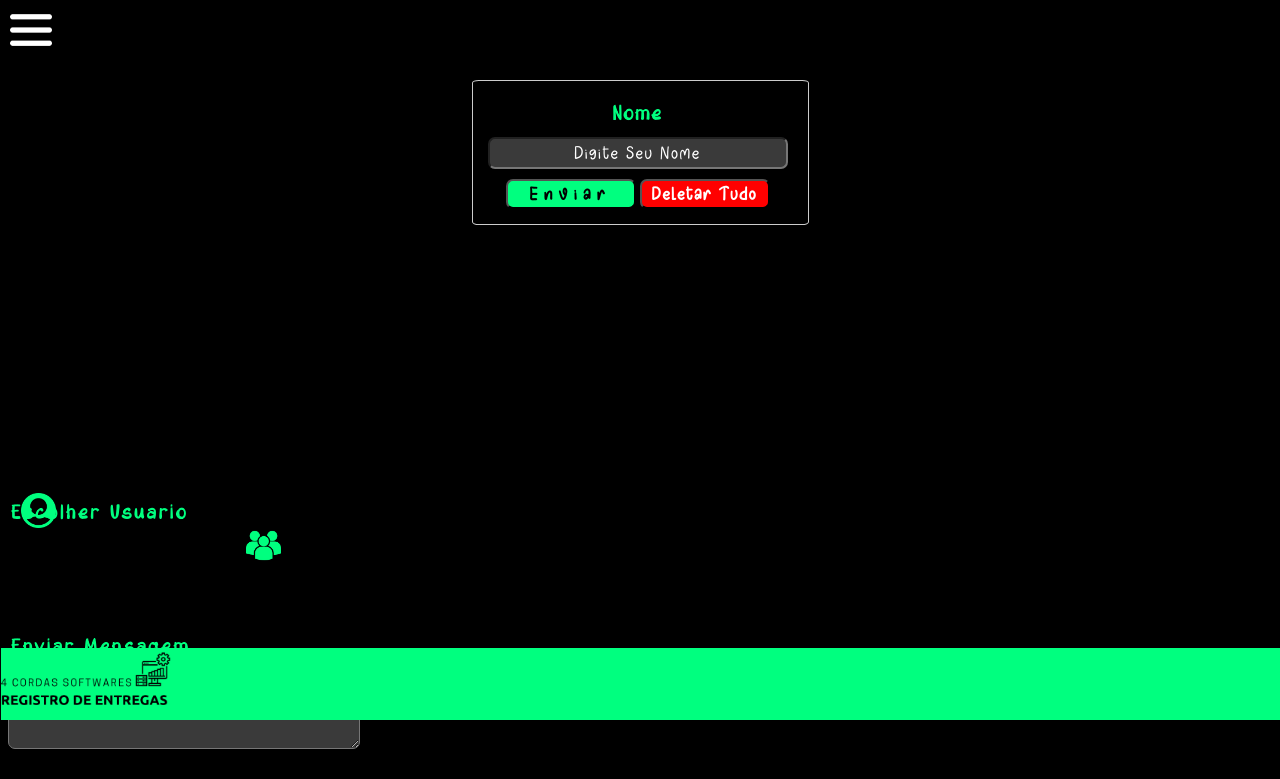
Repository: alfredo-allan/relatorioentregas
Page: pages/chatapp.html
These files come from the project's save history. The page is drawn as it stood at one moment and after a run of saves; the edit follows.
The browser window is 1280 px wide. The pictures show the whole page.
The page's requests for data from a server got no answer.

Above is the page before, as saved 2024-05-16 22:11:48.
Console error: TypeError: Cannot read properties of null (reading 'addEventListener')

After the next 2 saves:
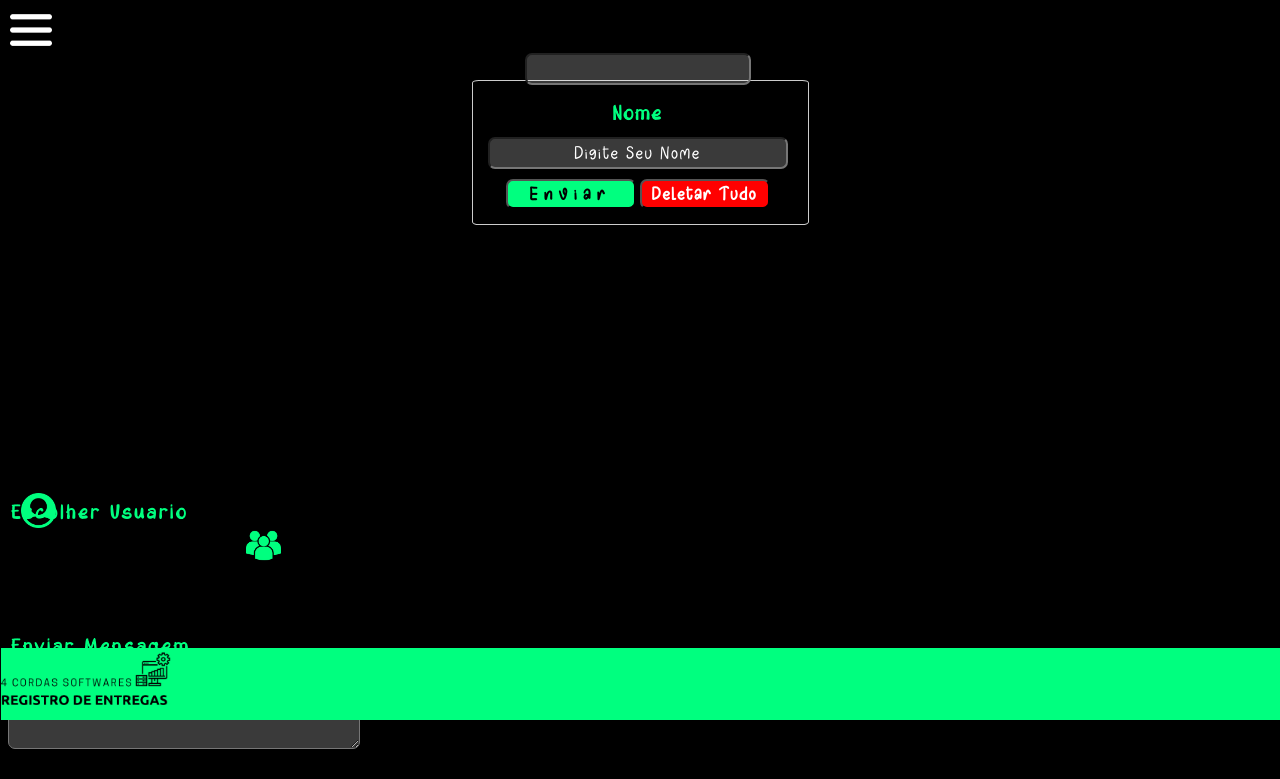
The 2 saves are shown as one change because they came seconds apart.
The last was saved 9 s later.
--- a/pages/chatapp.html
+++ b/pages/chatapp.html
@@ -100,6 +100,8 @@
         <span>Nome</span>
         <input id="nomeusuario" type="text" placeholder="Digite Seu Nome" />
 
+        <input id="lstUsu" type="text" />
+
         <div id="btns">
           <button id="enviarmsg">Enviar</button>
           <button id="delMsg">Deletar Tudo</button>
